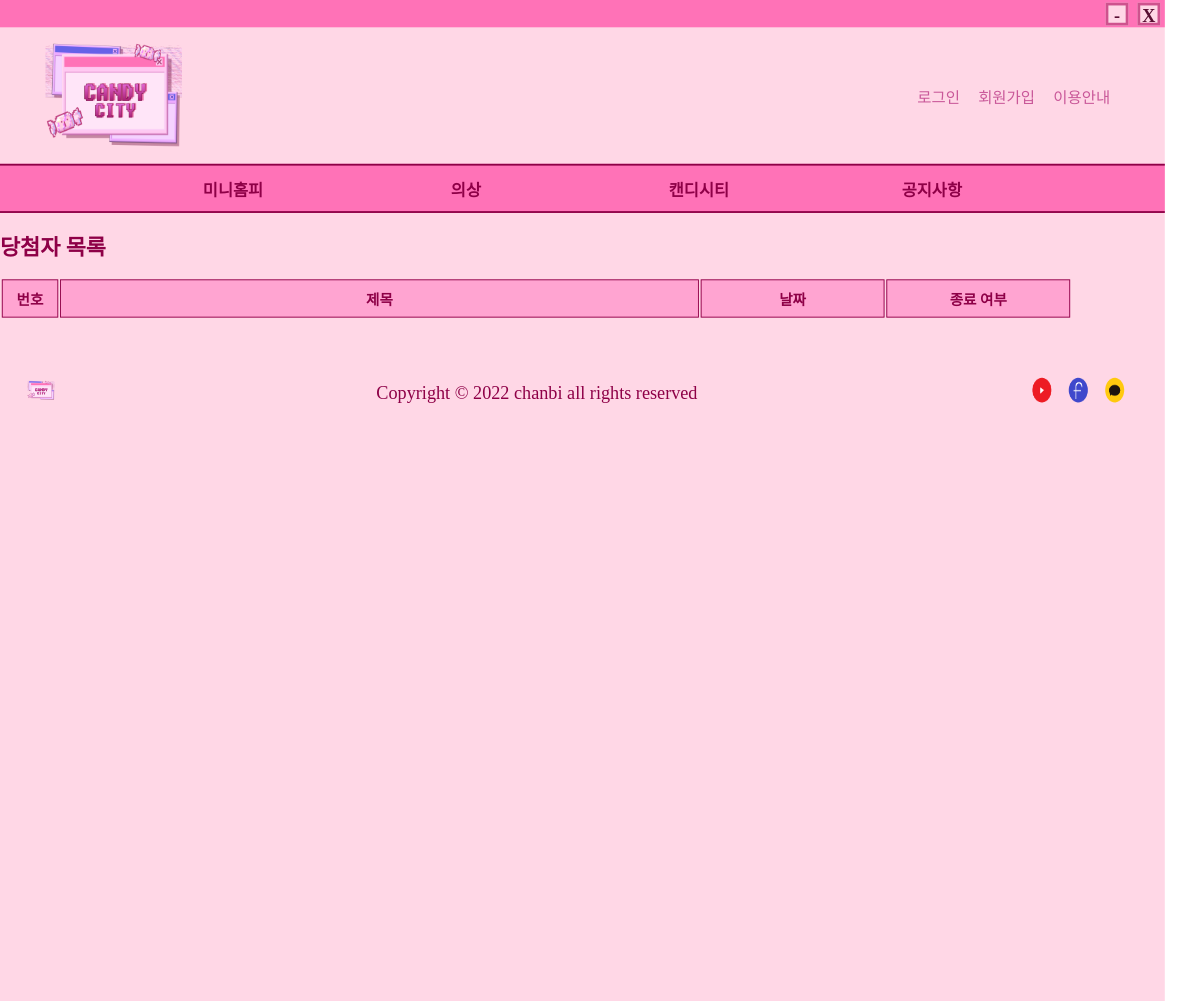
Repository: chanbiM/candyCityProject
Page: http://localhost/CandyCityProj/getNoticeList?type=null
These files come from the project's save history. The page is drawn as it stood at one moment and after the next save; the edit follows.
The browser window is 1280 px wide. The page is 1310 px wide, so the pictures cover 1310 px, including what lies to the right of the window. The pictures show the whole page, at 91% of full size.
Some web fonts or font styles are not loaded; a fallback is used. The page is served by Tomcat 9. Other server files are loaded and not shown. Queries for data that is not in the repository find no rows.

Above is the page before, as saved 2022-11-18 09:36:58.

### CandyCityProj/WebContent/member/event/noticeList.jsp
<%@page import="vo.NoticeVO"%>
<%@page import="java.util.ArrayList"%>
<%@page import="vo.MemberVO"%>
<%@ page language="java" contentType="text/html; charset=UTF-8"
    pageEncoding="UTF-8"%>
<%@ include file="/header.jsp"%>
<link rel="stylesheet" href="/css/homepiStyle.css">
<link rel="stylesheet" href="/css/postListStyle.css">

	<br>
<%
	ArrayList<NoticeVO> noticeList = (ArrayList<NoticeVO>)request.getAttribute("noticeList");
	String type = (String)request.getAttribute("type");
%>
	<!--이벤트 목록-->
	<%
		if(type.equals("E")){
	%>
			<h2>이벤트 목록</h2> <br>
	<% } else if(type.equals("N")) {%>
			<h2>공지사항 목록</h2> <br>
	<% } else {%>
			<h2>당첨자 목록</h2> <br>
	<% } %>


			<table id="homepiList">
				<tr>
					<th class="number">
						번호
					</th>

					<th class="title">
						제목
					</th>

					<th class="date">
						날짜
					</th>

					<th class="end">
						종료 여부
					</th>
				</tr>

				<%
					int num = 1;
					for(NoticeVO data : noticeList) {
				%>
					<tr>
						<td>
							<a href="/getNotice?noticeCode=<%= data.getNoticeCode() %>"><%= num %></a>
						</td>
						<td>
							<a href="/getNotice?noticeCode=<%= data.getNoticeCode() %>"><%= data.getTitle() %></a>
						</td>
						<td>
							<a href="/getNotice?noticeCode=<%= data.getNoticeCode() %>"><%= data.getWriteDate() %></a>
						</td>
						<td>
							<% if(data.getEndO() == null){ %>
								<a href="/getNotice?noticeCode=<%= data.getNoticeCode() %>">진행중</a>
							<% } else {%>
								<a href="/getNotice?noticeCode=<%= data.getNoticeCode() %>">종료</a>
							<% } %>
						</td>
				</tr>
					<% num++; %>
				<% } %>


			</table>

<%@ include file="/footer.jsp"%>

### CandyCityProj/WebContent/header.jsp
<%@page import="vo.MemberVO"%>
<%@ page language="java" contentType="text/html; charset=UTF-8"
	pageEncoding="UTF-8"%>
<!DOCTYPE html>
<html>
<head>
<meta charset="UTF-8">
<title>Candy City</title>
<link rel="stylesheet" href="/css/mainStyle.css">
<script src="/js/jquery-3.1.1.min.js"></script>
</head>
<body>
	<div class="wrapper">
		<!-- 창 바 -->
		<div class="window">
			<button class="widow_btn" id="-_btn">-</button>
			<button class="widow_btn" id="x_btn">X</button>
		</div>

		<header>
			<!-- 로고 -->
			<div class="logo">
				<a href="/index.jsp"><img alt="로고" src="/images/logo.png"></a>
			</div>

			<!-- 기타 메뉴바 -->
			<div class="minimenu">

				<ul>
					<%
						MemberVO vo = (MemberVO) session.getAttribute("loginOK");
						if (vo == null) {
					%>
					<li><a href="/member/login.jsp">로그인</a></li>
					<li><a href="/member/insertMember.jsp">회원가입</a></li>
					<li><a href="#">이용안내</a></li>
					<%
						} else {
					%>
					<li><a href="#"><%=vo.getId()%>님</a></li>
					<li><a href="/logout"> 로그아웃 </a></li>
					<li><a href="#">마이페이지</a></li>
					<li><a href="#">이용안내</a></li>

					<%
						}
					%>
				</ul>

			</div>
		</header>

		<!-- 메뉴바 -->
		<nav>
			<ul class="mainmenu">
				<li><a href="/getHomepiList">미니홈피</a>
					<ul class="submenu">
					<%
						if (vo == null) {
					%>
						<li><a href="/member/login.jsp">내 미니홈피</a></li>
						<li><a href="/getHomepiList">미니홈피 목록</a></li>
					<%
						} else {
					%>

						<li><a href="/GetHomepi?id=<%= vo.getId() %>">내 미니홈피</a></li>
						<li><a href="/getHomepiList">미니홈피 목록</a></li>
					<%
						}
					%>
					</ul></li>

				<li><a href="/character/shop.jsp">의상</a>
					<ul class="submenu">
						<li><a href="/character/character_setting.jsp">내 의상</a></li>
						<li><a href="/character/shop.jsp">의상 상점</a></li>
					</ul></li>

				<li><a href="#">캔디시티</a>
					<ul class="submenu">
					</ul></li>

				<li><a href="#">공지사항</a>
					<ul class="submenu">
						<li><a href="#">이벤트</a></li>
						<li><a href="#">공지사항</a></li>
						<li><a href="#">당첨자 발표</a></li>
					</ul></li>

				<%
					MemberVO adminVo = (MemberVO) session.getAttribute("manager");
					if (adminVo != null) {
				%>
				<li><a href="/member/memberList_admin.jsp">관리자용 메뉴</a>
					<ul class="submenu">
						<li><a href="#">유저 리스트</a></li>
						<li><a href="#">문의글 확인</a></li>
						<li><a href="#">신고글 확인</a></li>
						<li><a href="#">공지사항/이벤트 작성</a></li>
						<li><a href="#">우편 보내기</a></li>
					</ul></li>
			<%
				}
			%>
			</ul>

		</nav>

### CandyCityProj/WebContent/footer.jsp
<%@ page language="java" contentType="text/html; charset=UTF-8"
    pageEncoding="UTF-8"%>
        <!-- 푸터 영역 -->
        <footer>
            <!-- 하단로고 -->
            <div>
                <a href="/index.jsp" class="logo">
                    <img src="/images/logo.png" alt="로고" >
                </a>
            </div>
            <!-- 카피라이트 -->
            <div class="copyright">
                <p> Copyright &copy; 2022 chanbi all rights reserved</p>
            </div>
            <!-- SNS -->
            <div>
                <ul class="sns">
                    <li><a href="https://www.youtube.com/@rorochanbi"><img src="/images/youtube.png" alt="유튜브" height="40"></a></li>
                    <li><a href="#"><img src="/images/facebook.png" alt="페이스북" height="40"></a></li>
                    <li><a href="https://open.kakao.com/o/s1olGebe"><img src="/images/kakao.png" alt="카카오톡" height="40"></a></li>
                </ul>
            </div>
        </footer>
    </div>
	<script src="/js/script.js"></script>
</body>
</html>

### CandyCityProj/src/controller/GetNoticeListController.java
package controller;

import java.io.IOException;
import java.io.PrintWriter;
import java.util.ArrayList;

import javax.servlet.ServletException;
import javax.servlet.annotation.WebServlet;
import javax.servlet.http.HttpServlet;
import javax.servlet.http.HttpServletRequest;
import javax.servlet.http.HttpServletResponse;

import dao.MemberDAO;
import dao.adminDAO;
import vo.MemberVO;
import vo.NoticeVO;

@WebServlet("/getNoticeList")
public class GetNoticeListController extends HttpServlet {
	private static final long serialVersionUID = 1L;

    public GetNoticeListController() {
        super();
    }

	protected void doGet(HttpServletRequest request, HttpServletResponse response) throws ServletException, IOException {
		response.setContentType("text/html; charset=UTF-8");
		request.setCharacterEncoding("UTF-8");
		PrintWriter out = response.getWriter();
		adminDAO dao = new adminDAO();
		String type = request.getParameter("type");
		System.out.println(type);

		ArrayList<NoticeVO> noticeList = dao.getNoticeList(type);

		request.setAttribute("noticeList", noticeList);
		request.setAttribute("type", type);
		request.getRequestDispatcher("/member/event/noticeList.jsp").forward(request, response);
	}

	protected void doPost(HttpServletRequest request, HttpServletResponse response) throws ServletException, IOException {
		doGet(request, response);
	}

}

### CandyCityProj/src/dao/adminDAO.java
package dao;

import java.sql.Connection;
import java.sql.PreparedStatement;
import java.sql.ResultSet;
import java.sql.SQLException;
import java.util.ArrayList;

import common.JdbcUtill;
import vo.MemberVO;
import vo.NoticeVO;
import vo.PostVO;

public class adminDAO {
	//공지사항 작성
	public int insertNotice(NoticeVO vo, MemberVO memberVo) {
		int n = 0;

		Connection conn = null;
		PreparedStatement pstmt = null;
		String sql = "insert into manager_notice values('notice-'||notice_seq.nextval,?,?,?,?,NULL,SYSDATE)";

		conn = JdbcUtill.getConnection();

		try {
			pstmt = conn.prepareStatement(sql);

			pstmt.setString(1, memberVo.getId());
			pstmt.setString(2, vo.getType());
			pstmt.setString(3, vo.getTitle());
			pstmt.setString(4, vo.getContents());

			n = pstmt.executeUpdate();

		} catch (SQLException e) {
			e.printStackTrace();
		} finally {
			JdbcUtill.close(conn, pstmt);
		}

		return n;
	}

	//이벤트 게시글 조회
	public ArrayList<NoticeVO> getNoticeList(String type) {
		ArrayList<NoticeVO> list = new ArrayList<NoticeVO>();
		Connection conn = null;
		PreparedStatement pstmt = null;
		ResultSet rs = null;
		String sql = "select * from manager_notice where type=? ORDER BY notice_code desc";

		try {
			conn = JdbcUtill.getConnection();
			pstmt = conn.prepareStatement(sql);
			pstmt.setString(1, type);
			rs = pstmt.executeQuery();

			while (rs.next()) {
				NoticeVO vo = new NoticeVO();
				vo.setNoticeCode(rs.getString("notice_code"));
				vo.setId(rs.getString("id"));
				vo.setType(rs.getString("type"));
				vo.setTitle(rs.getString("title"));
				vo.setContents(rs.getString("contents"));
				vo.setEndO(rs.getString("end_o"));
				vo.setWriteDate(rs.getDate("write_date"));

				list.add(vo);
			}

		} catch (SQLException e) {
			e.printStackTrace();
			System.out.println("테이블 데이터 조회 실패");
		} finally {
			 JdbcUtill.close(conn, pstmt, rs);
		}
		return list;
	}

	//공지사항 내용 조회
	public NoticeVO getNoticeInfo(String noticeCode) {
		Connection conn = null;
		PreparedStatement pstmt = null;
		ResultSet rs = null;
		String sql = "select * from manager_notice where notice_code=?";
		NoticeVO result = new NoticeVO();

		conn = JdbcUtill.getConnection();
		try {
			pstmt = conn.prepareStatement(sql);
			pstmt.setString(1, noticeCode);

			rs = pstmt.executeQuery();

			if(rs.next()) {
				result.setNoticeCode(rs.getString("notice_code"));
				result.setId(rs.getString("id"));
				result.setType(rs.getString("type"));
				result.setTitle(rs.getString("title"));
				result.setContents(rs.getString("contents"));
				result.setEndO(rs.getString("end_o"));
				result.setWriteDate(rs.getDate("write_date"));
			}

		} catch (Exception e) {
			e.printStackTrace();
		} finally {
			JdbcUtill.close(conn, pstmt, rs);
		}

		return result;
	}

	//공지사항 인덱스에 몇개만 출력
	public ArrayList<NoticeVO> getNoticeIndex(String type) {
		ArrayList<NoticeVO> list = new ArrayList<NoticeVO>();
		Connection conn = null;
		PreparedStatement pstmt = null;
		ResultSet rs = null;
		String sql = "select ROWNUM, a.* from (SELECT * FROM manager_notice where type=? AND end_o IS null ORDER BY notice_code desc) a where ROWNUM <=9";

		try {
			conn = JdbcUtill.getConnection();
			pstmt = conn.prepareStatement(sql);
			pstmt.setString(1, type);
			rs = pstmt.executeQuery();

			while (rs.next()) {
				NoticeVO vo = new NoticeVO();
				vo.setNoticeCode(rs.getString("notice_code"));
				vo.setType(rs.getString("type"));
				vo.setTitle(rs.getString("title"));
				vo.setEndO(rs.getString("end_o"));

				list.add(vo);
			}

		} catch (SQLException e) {
			e.printStackTrace();
			System.out.println("테이블 데이터 조회 실패");
		} finally {
			 JdbcUtill.close(conn, pstmt, rs);
		}
		return list;
	}

	public int updateEnd(String noticeCode) {
		int n = 0;
		Connection conn = null;
		PreparedStatement pstmt = null;
		String sql = "update manager_notice set end_o='O' where notice_code=?";

		try {
			conn = JdbcUtill.getConnection();
			pstmt = conn.prepareStatement(sql);
			pstmt.setString(1, noticeCode);

			n = pstmt.executeUpdate();
		} catch (Exception e) {
			e.printStackTrace();
		} finally {
			JdbcUtill.close(conn, pstmt);
		}
		return n;
	}

	//멤버리스트
	public ArrayList<MemberVO> getMemberList() {
		ArrayList<MemberVO> list = new ArrayList<MemberVO>();
		Connection conn = null;
		PreparedStatement pstmt = null;
		ResultSet rs = null;
		String sql = "select * from member ORDER BY name asc";

		try {
			conn = JdbcUtill.getConnection();
			pstmt = conn.prepareStatement(sql);

			rs = pstmt.executeQuery();

			while (rs.next()) {
				MemberVO vo = new MemberVO();
				vo.setId(rs.getString("id"));
				vo.setName(rs.getString("name"));
				vo.setJoinDate(rs.getDate("join_date"));
				vo.setLoginDate(rs.getDate("login_date"));
				vo.setCandy(rs.getInt("candy"));
				vo.setPostNum(rs.getInt("post_num"));
				vo.setCommentNum(rs.getInt("comment_num"));
				vo.setManager(rs.getString("manager"));

				list.add(vo);
			}

		} catch (SQLException e) {
			e.printStackTrace();
			System.out.println("테이블 데이터 조회 실패");
		} finally {
			 JdbcUtill.close(conn, pstmt, rs);
		}
		return list;
	}
}

### CandyCityProj/src/common/JdbcUtill.java
package common;

import java.sql.Connection;
import java.sql.DriverManager;
import java.sql.PreparedStatement;
import java.sql.ResultSet;

public class JdbcUtill {
	public static Connection getConnection() {
		Connection conn = null;

		try {
			Class.forName("oracle.jdbc.driver.OracleDriver");
			conn = DriverManager.getConnection("jdbc:oracle:thin:@localhost:1521:xe", "hr", "hr");
		} catch (Exception e) {
			System.out.println("DB 연결 실패");
			e.printStackTrace();
		}
		return conn;
	}

	public static void close(Connection conn, PreparedStatement pstmt) {
		if (pstmt!= null) {
			try {
				pstmt.close();
			} catch (Exception e) {
				// TODO: handle exception
				System.out.println("pstmt.close() 실패");
			}
		}

		if(conn != null) {
			try {
				conn.close();
			} catch (Exception e) {
				// TODO: handle exception
				System.out.println("conn.close() 실패");
				e.printStackTrace();
			}
		}
	}

	public static void close(Connection conn, PreparedStatement pstmt, ResultSet rs) {
		if(rs != null) {
			try {
				rs.close();
			} catch (Exception e) {
				// TODO: handle exception
				System.out.println("rs.close() ����");
				e.printStackTrace();
			}
		}
		close(conn, pstmt);
	}


}

### CandyCityProj/WebContent/css/mainStyle.css
@font-face {
    font-family: 'DungGeunMo';
    src: url('https://cdn.jsdelivr.net/gh/projectnoonnu/noonfonts_six@1.2/DungGeunMo.woff') format('woff');
    font-weight: normal;
    font-style: normal;
}
* {
    margin: 0;
    padding: 0;
    list-style: none;
    text-decoration: none;
    color: rgb(19, 0, 1);
    font-family: 'DungGeunMo';
    color: #8e0047;
    -ms-user-select: none;
   -moz-user-select: -moz-none;
   -khtml-user-select: none;
   -webkit-user-select: none;
   user-select: none;
}

.wrapper {
    width: 1280px;
    min-height: 1100px;
    margin: 0 auto;
    background-color: rgb(255, 215, 230);
}

.window {
    width: 100%;
    height: 30px;
    display: flex;
    justify-content: flex-end;
    background-color: #FF72B7;
    align-items: center;
}
.widow_btn {
    width: 25px;
    height: 25px;
    margin: 5px;
    color: #580e32;
    font-weight: bold;
    font-size: 20px;
    background-color: rgb(255, 215, 230);
    border: 3px solid #ce528e;
}

.widow_btn:hover {
    background-color: rgb(203, 164, 178);
    border: 3px solid #953c67;
    cursor: pointer;
    text-align: center;
}

.logo > a {
    display: flex;
}

.logo > a > img {
    width: 150px;
    height: 120px;
    margin: 50px;
    margin-top: 15px;
}

header {
    width: 100%;
    height: 150px;
    display: flex;
    justify-content: space-between;
}

.minimenu {
    width: 1000px;
    display: flex;
    font-size: 17px;
    align-items: center;
    margin-right: 50px;
    justify-content: flex-end;
}

.minimenu ul{
    display: flex;
}

.minimenu ul li {
    margin: 10px;
}

.minimenu ul li:hover {
    font-weight: bold;
}

/*.minimenu ul {
    width: 100%;
    display: flex;
    justify-content: space-evenly;
}*/

.minimenu ul li a{
	color: #c95899;
}

.mainmenu {
    /* 메뉴 요소 4개 가로정렬 */
    width: 1280px;
    display: flex;

    /* 중앙정렬 */
    text-align: center;
    align-items: center;
    justify-content: center;

    background-color: #FF72B7;
    border-top: 2px #8e0047 solid;
    border-bottom: 2px #8e0047 solid;
    position:relative;

}

.mainmenu li {
    width: 20%;
    height: 50px;
}

.mainmenu a {
    display: flex;
    justify-content: center;
    align-items: center;
    width: 100%;
    height: 100%;
    font-size: 18px;
    font-weight: 600;

    /* 하이라이팅 줄때 애니메이션을 줄 시간과 속성들 */
    transition: background-color 1s, color 1s;
}
/* :hover -> 마우스를 위에 올려 놓을때 적용할 스타일*/
.mainmenu a:hover {
    background-color: #aa4a78;
    color: white;
}


.mainmenu .submenu {
    /* 부모의 면적 + 다른 요소에 영향을 주지 않음 -> 다른 요소에 독립적*/
    position: absolute;
    /* 맨 앞으로 가져오기*/
    z-index: 100;
	width: 20%;

    background-color: #FF72B7;
    color: white;

    /* 기본적으로는 가려짐. 나중에 js로 호버될때 해제되도록 해줄 것 */
    display: none;
}

.submenu li {
    width: 100%;
}
.submenu a:hover {
    background-color: rgb(254, 207, 228);
    color: rgb(70, 19, 30);
}

#slide {
    width: 100%;
    height: 300px;
    position: relative;
    overflow: hidden;
}
#slide>ul>li>a>img {
    position: absolute;
    width: 100%;
    top: 0;
    left: -100%;
    opacity: 0;
}

#slide >ul>li>a>img:first-child {
    left: 0;
    opacity: 1;
}

#slide ul {
    /* 다른 요소에 관여받지 않고 #slide 기준으로 움직이도록*/
    position: absolute;
    top: 0;
    left: 0;

    width: 100%;


}

/* 섹션 */

section {
    display: flex;
    height: 350px;
    overflow: hidden;
    margin: 20px;
}

section > div {
    flex: 1;
    max-width: 50%;

    padding: 10px;
}

/* 컨텐츠 탭 */
.tab {
    display: flex;
}

/* 활성화 된 탭 추가 효과 */
.tab .active {
    background-color: #FF72B7;
}
.tab .active a{
    color: white;
}


.tab div {
    padding: 7px;
    border: 1px solid #800040;
    /* content, tab이 보더가 곂치므로 한쪽 없애주기 */
    border-bottom: none;
}

#content_container .content {
    padding: 7px;
    border: 1px solid #800040;

    /* 일정 크기 이상으로 글자가 나오는걸 방지 */
    max-width: 600px;
    height: 200px;
}

/* 각 요소들의 글자가 넘쳐날 경우 .... 처리*/
#post li {
    overflow: hidden;
    text-overflow:ellipsis;
    white-space: nowrap;
    line-height: 25px;


    border-bottom: 1px solid #800040;
}

/* 갤러리 */
/* 기본적으로 활성화 된게 공지사항이므로 갤러리 컨텐츠는 가리기 */
#event {
    display: none;
}

#event li{
    overflow: hidden;
    text-overflow:ellipsis;
    white-space: nowrap;
    line-height: 25px;


    border-bottom: 1px solid #800040;
}

#ranking {
	margin-top: 2px;
}
#ranking ul, #ranking li{
    width: 95%;
}

#ranking ul {
	border: 2px solid #800040;

	padding: 10px;
	height: 195px;


}
#ranking li {
    /* 버튼별 간격 */
    margin-bottom: 15px;
    width: 96%;


    /* 버튼 내부 간격 */
    padding: 7px;
    text-align: center;
    background-color: #e366b1;
    text-align: left;
    color: #8e0047;
}

#ranking h4 {
	background-color: #FF72B7;
	color: white;

	font-weight: normal;
	border: 2px solid #800040;
	width: 130px;
	padding: 5px;
	overflow: hidden;
	text-align: center;
	border-bottom: none;
}
#ranking a {
    color: white;
    margin-left: 5px;
}

/* 푸터 */

footer {
    /* 가로 정렬 */
    display: flex;

    /* 3가지 요소들 가로 간격 */
    justify-content: space-between;
    /* 세로 중앙 정렬*/
    align-items: center;

    width: 100%;
    height: 100px;
    margin: 30px;
}

.sns {
    display: flex;
    margin-right: 70px;
}

/* sns 아이콘별 간격 */
.sns li {
    margin-left: 10px;
}

footer img {
    width: 30px;
}

/* 팝업의 배경 */
#popup_back {
    /* 기본적으로 가려짐 */
    display: none;

    /* 사이트 내용의 면적을 무시하고 배치*/
    position: absolute;
    top: 0;
    left: 0;

    /* 창 전체 가로 세로 채우기*/
    width: 100%;
    height: 100%;

    /* 검정색 배경(0,0,0,)에서 0.8로 투명도 설정*/
    background: rgba(0,0,0,0.8);
}

/* 팝업 본체 */
#popup{
    position: relative;

    /* 팝업 창의 가로 세로*/
    width:400px;
    height:200px;

    /* 배경 면적의 top 50%, left 50% 위치로 이동 */
    top:50%;
    left:50%;
    /* 중앙 배치를 위해 팝업의 가로 세로의 절반 크기 만큼 옮기기*/
    margin-top: -100px;
    margin-left:-200px;

    background:#fff;
    padding: 20px;
}
/* 팝업 버튼 */
#popup_close {
    position: absolute;
    padding: 5px;

    /* 팝업의 아래쪽부터 20px, 오른쪽으로부터 20px */
    right: 20px;
    bottom: 20px;
}

.copyright {
	font-size: 20px;
}

### CandyCityProj/WebContent/css/homepiStyle.css
body {
    -ms-overflow-style: none;
}

body::-webkit-scrollbar {
    display: none;
}
.wrapper {
	min-height: 1100px;
}

.member_info {
    width: 95%;
    background-color: #fecddd;
    height: 150px;
    margin: auto;
    padding: 20px;
}

.member_info ul {
    display: flex;
    justify-content: space-evenly;
    align-items: center;
}

.profile_char {
    width: 150px;
    height: 150px;
    background-color: rgb(164, 111, 130);
    border-radius: 20px;
}

.info {
    width: 800px;
}

#homepi_info {
    width: 150px;
    height: 40px;
    margin-top: 100px;
    background-color: #ca6497;
    color: #fff1f1;
    border: 2px #9a4f74 solid;
    border-radius: 5px;
}

#homepi_info:hover {
    background-color: #943464;
    color: #d5c8c8;
    cursor: pointer;
    transition: background-color 0.2s, color 0.2s;
}

input:focus {outline: none;}

input::placeholder {
    color: #7e3b5d;
}

.character_info {
    float: left;
    width: 300px;
    background-color: #fecddd;
    height: 470px;
    margin: 15px;
    padding: 20px;
    text-align: center;
}

.info_character {
    background-color: rgb(164, 111, 130);
    width: 280px;
    border-radius: 20px;
    height: 350px;
    display: flex;
    margin: auto;
    margin-bottom: 5px;
}

#post_btn {
    width: 250px;
    height: 40px;
    margin-bottom: 10px;
    background-color: #ca6497;
    color: #fff1f1;
    border: 2px #9a4f74 solid;
    border-radius: 5px;
}
#post_btn:hover {
    background-color: #943464;
    color: #d5c8c8;
    cursor: pointer;
    transition: background-color 0.2s, color 0.2s;
}

.post_search {
    margin: 15px;

}

input[type="text"]{
   width: 65%;
   height: 50px;

    font-size: 25px;
    padding-left: 5px;
    /*border: #811b4e 2px solid;*/
    border: 2px solid #943464;
    background-color: rgb(255, 255, 255);
  }

  input[type="submit"]{
    width: 5%;
    height: 56px;
    background-color: #ca6497;
    color: #fff1f1;
    border: 2px #9a4f74 solid;
  }
  input[type="submit"]:hover {
    background-color: #943464;
    color: #d5c8c8;
    cursor: pointer;
    transition: background-color 0.2s, color 0.2s;
}

.representative_post {
    border: 2px solid #943464;

    width: 66%;
    height: 750px;
    display: inline-block;
    padding: 20px;
}
#post_content {
    height: 370px;
}
#post_list {
    display: flex;
    align-items: flex-end;
    justify-content: flex-end;
}
#post_list button{
    background-color: #ca6497;
    color: #fff1f1;
    border: 2px #9a4f74 solid;
    width: 200px;
    height: 40px;
}

#post_list button:hover {
    background-color: #943464;
    color: #d5c8c8;
    cursor: pointer;
    transition: background-color 0.2s, color 0.2s;
}

hr {
    width: 100%;
    text-align: center;
    margin: auto;

	height : 1px;
    border: 0;
	background-color : #811b4e;
}

### CandyCityProj/WebContent/css/postListStyle.css
#post_list {
    width: 900px;
    display: flex;
    justify-content: center;
}

th {
	background-color: #ffa4d1;
}


td, th, tr {
	text-align: center;
    border: 1px solid;
    width: 200px;
    height: 40px;
    overflow: hidden;
}

.number {
    width: 60px;
}

.title {
    width: 700px;
}

.type {
    width: 80px;
}

.buttonBox {
	width: 100%;
    display: flex;
    justify-content: flex-end;

}

.listBtn {
	margin-right: 10px;
	margin-bottom: 20px;
	width: 250px;
    height: 40px;
    margin-bottom: 10px;
    background-color: #f499c5;
    border: 2px #9a4f74 solid;
    border-radius: 5px;
}

.listBtn:hover {
    background-color: #943464;
    color: #d5c8c8;
    cursor: pointer;
    transition: background-color 0.2s, color 0.2s;
}

Loaded but not shown: CandyCityProj/WebContent/js/jquery-3.1.1.min.js (library); CandyCityProj/WebContent/js/script.js (84 lines, source omitted)

After the next save:
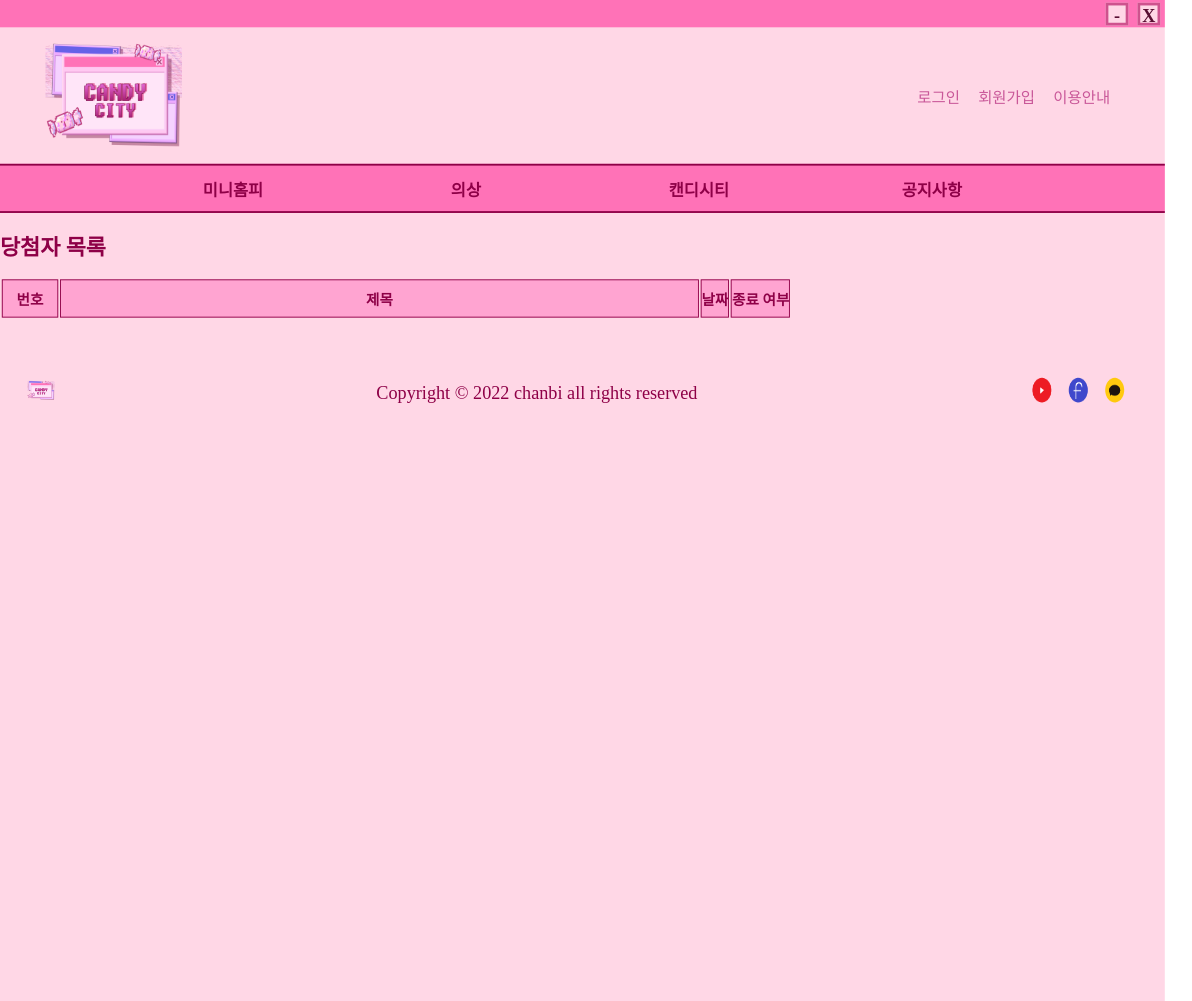
Saved 15 min 15 s later.
--- a/CandyCityProj/WebContent/css/postListStyle.css
+++ b/CandyCityProj/WebContent/css/postListStyle.css
@@ -12,7 +12,6 @@ th {
 td, th, tr {
 	text-align: center;
     border: 1px solid;
-    width: 200px;
     height: 40px;
     overflow: hidden;
 }
@@ -27,6 +26,10 @@ td, th, tr {
 
 .type {
     width: 80px;
+}
+
+.name {
+
 }
 
 .buttonBox {
